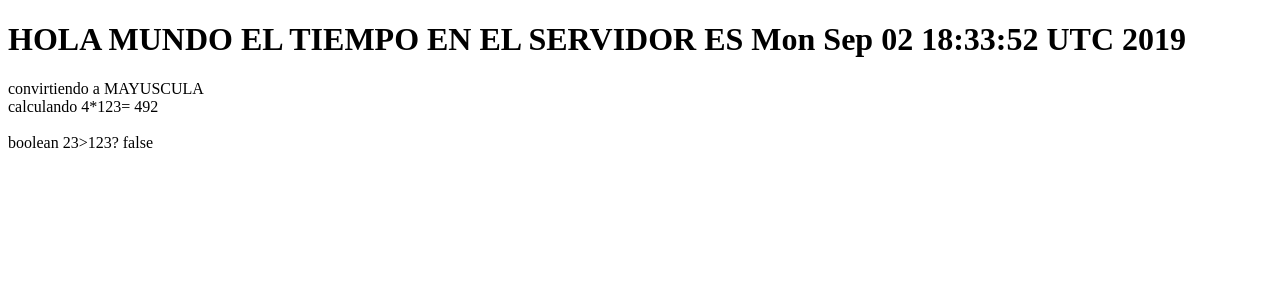
Repository: natyam/jsp-y-servlets
Page: http://localhost/clase1/holamundo.jsp
The author's editor kept a copy of each file at every save. The page is drawn from the files as they stood at one save, then again after the next save.
The browser window is 1280 px wide. The pictures show the whole page.
The page is served by Tomcat 9.

Above is the page before, as saved 2019-09-02 18:58:24.

After the next save:
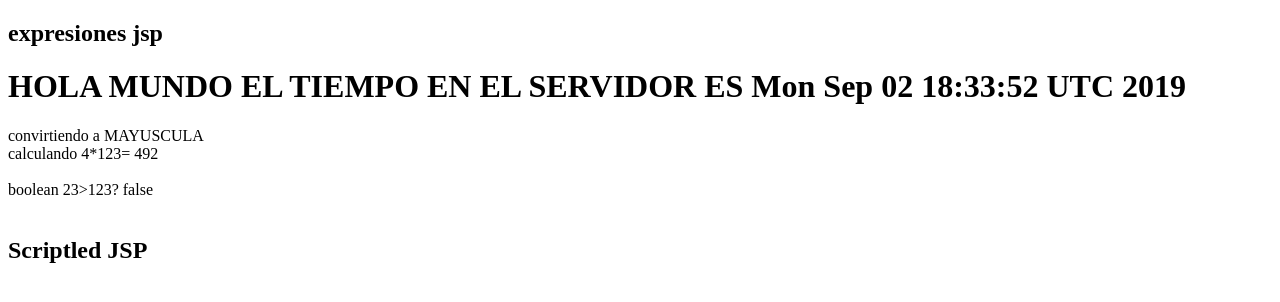
Saved 8 min 16 s later.
--- a/clase1/WebContent/holamundo.jsp
+++ b/clase1/WebContent/holamundo.jsp
@@ -7,7 +7,7 @@
 <title>Insert title here</title>
 </head>
 <body>
-
+<h2>expresiones jsp</h2>
 <h1> HOLA MUNDO EL TIEMPO EN EL SERVIDOR ES <%= new java.util.Date() %></h1>
 convirtiendo a <%= new String("mayuscula").toUpperCase() %>
 <br>
@@ -16,5 +16,19 @@ calculando
 <br>
 <br>
 boolean 23>123? <%= 23>123 %>
+<br>
+<br>
+<h2>Scriptled JSP</h2>
+<br>
+<br><br>
+<br><br>
+<br><br>
+<br><br>
+<br><br>
+<br><br>
+<br><br>
+<br><br>
+<br><br>
+<br>
 </body>
 </html>
